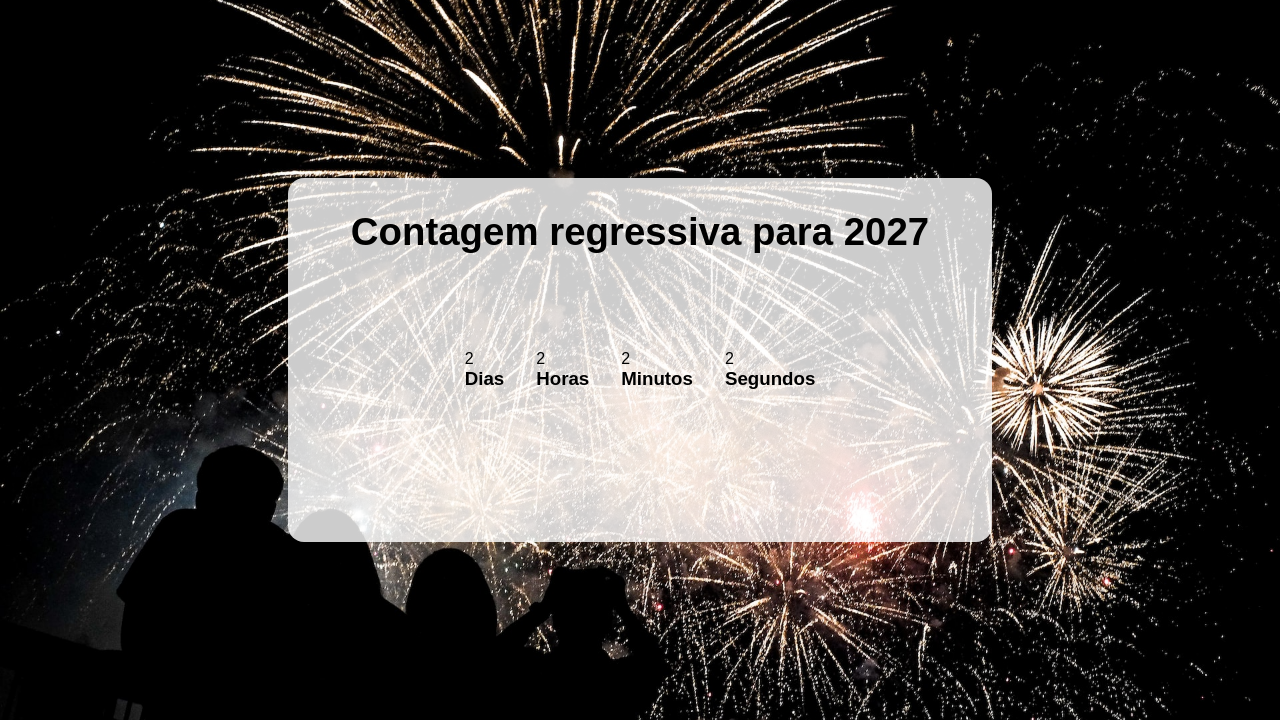
Repository: Bitroia/countdown_timer
Page: / (app in countdown/)
An editor plug-in stored every save of this project. The page is shown before and after a run of saves, followed by the edit.
The browser window is 1280 px wide. The pictures show the whole page.
The project was rebuilt for these pictures with package versions that can differ from the ones it lists, and the page was loaded fresh each time. Also part of the build but not shown: countdown/vite.config.js.

Above is the page before, as saved 2026-07-07 19:11:44.

After the next 4 saves:
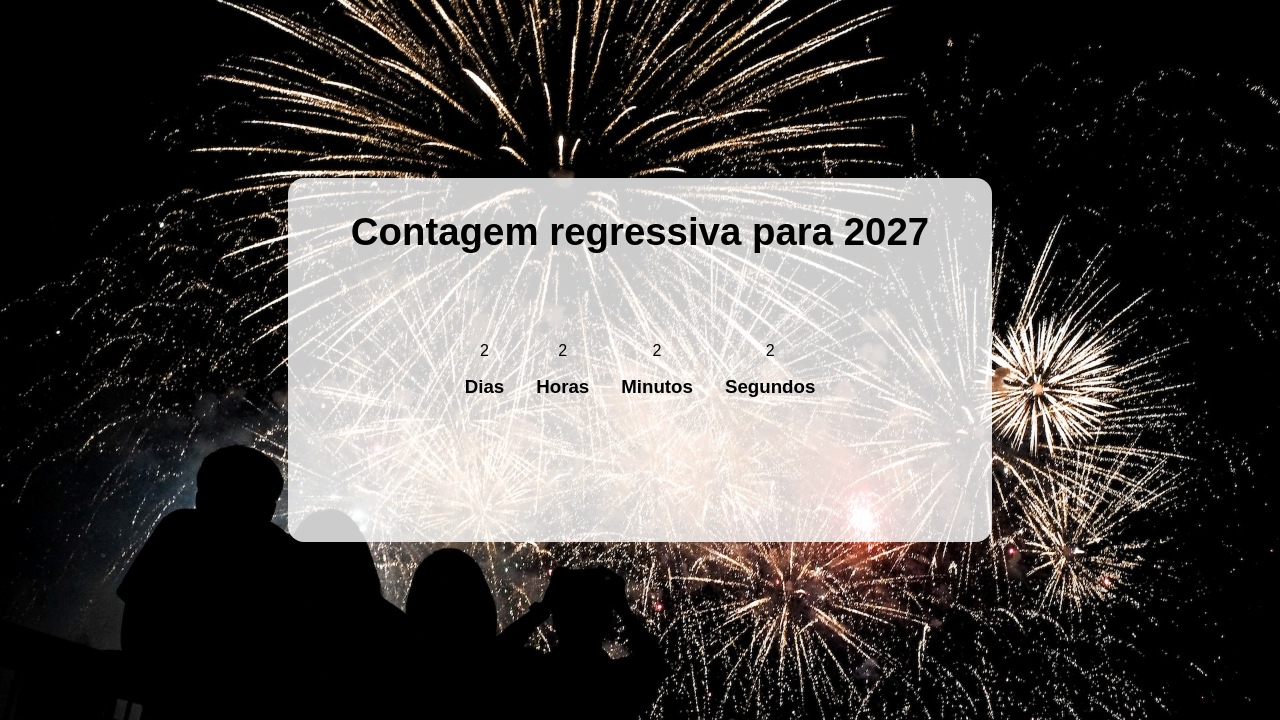
The 4 saves are shown as one change because they came seconds apart.
The last was saved 14 s later.
--- a/countdown/src/components/Counter.css
+++ b/countdown/src/components/Counter.css
@@ -1,4 +1,6 @@
 .counter{
     display: flex;
     flex-direction: column;
+    align-items: center;
+    gap: 1rem;
 }
